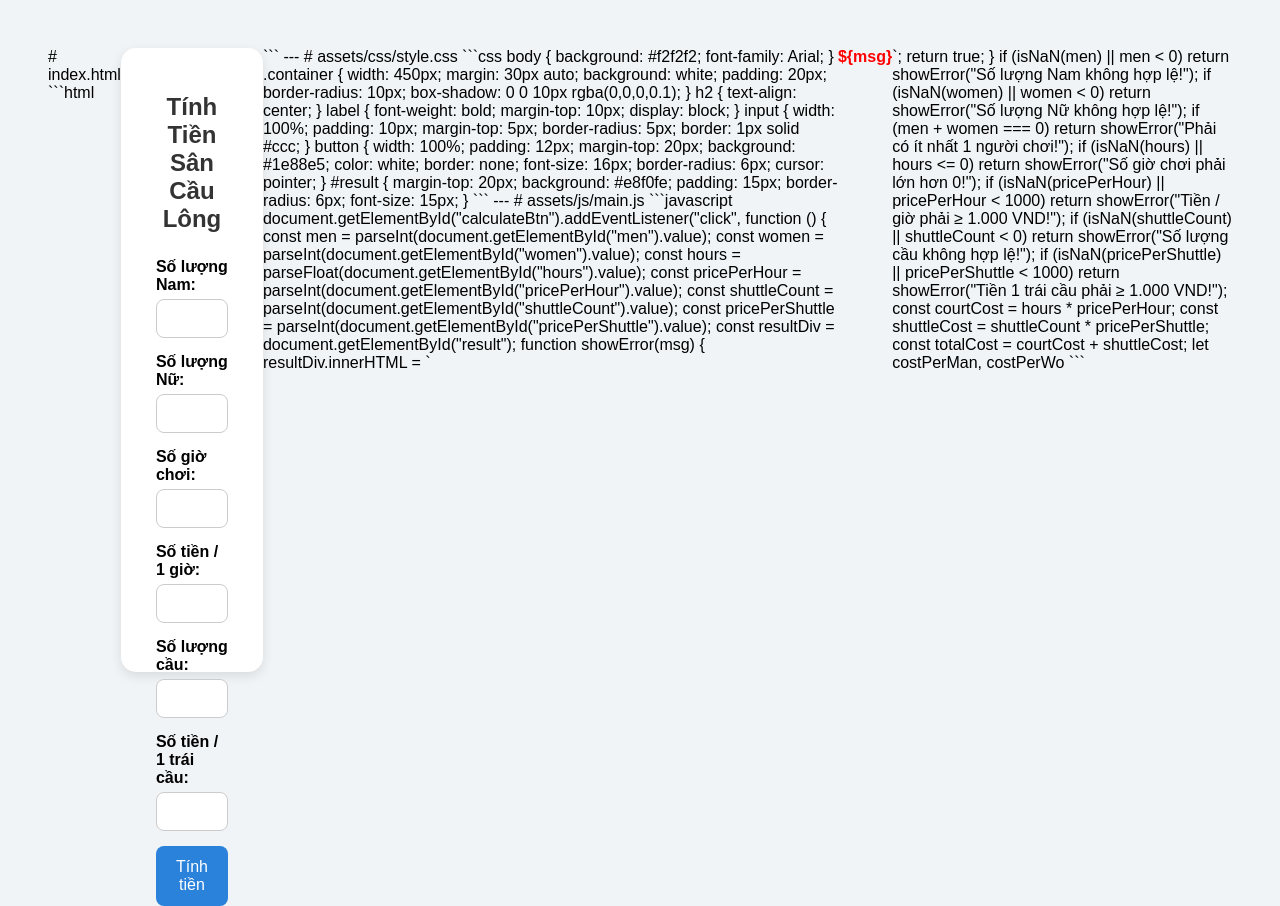
Repository: LuongPTCE181311/Badminton
Page: index.html
An editor plug-in stored every save of this project. The page is shown before and after a run of saves, followed by the edit.
The browser window is 1280 px wide. The pictures show the whole page.

Above is the page before, as saved 2025-12-07 20:32:23.

### index.html
# index.html

```html
<!DOCTYPE html>
<html lang="vi">
<head>
    <meta charset="UTF-8" />
    <meta name="viewport" content="width=device-width, initial-scale=1.0" />
    <title>Tính Tiền Sân Cầu Lông</title>
    <link rel="stylesheet" href="assets/css/style.css" />
</head>
<body>
    <div class="container">
        <h2>Tính Tiền Sân Cầu Lông</h2>

        <label>Số lượng Nam:</label>
        <input type="number" id="men" />

        <label>Số lượng Nữ:</label>
        <input type="number" id="women" />

        <label>Số giờ chơi:</label>
        <input type="number" id="hours" />

        <label>Số tiền / 1 giờ:</label>
        <input type="number" id="pricePerHour" />

        <label>Số lượng cầu:</label>
        <input type="number" id="shuttleCount" />

        <label>Số tiền / 1 trái cầu:</label>
        <input type="number" id="pricePerShuttle" />

        <button id="calculateBtn">Tính tiền</button>

        <div id="result"></div>
    </div>

    <script src="assets/js/main.js"></script>
</body>
</html>
```

---

# assets/css/style.css

```css
body {
    background: #f2f2f2;
    font-family: Arial;
}

.container {
    width: 450px;
    margin: 30px auto;
    background: white;
    padding: 20px;
    border-radius: 10px;
    box-shadow: 0 0 10px rgba(0,0,0,0.1);
}

h2 {
    text-align: center;
}

label {
    font-weight: bold;
    margin-top: 10px;
    display: block;
}

input {
    width: 100%;
    padding: 10px;
    margin-top: 5px;
    border-radius: 5px;
    border: 1px solid #ccc;
}

button {
    width: 100%;
    padding: 12px;
    margin-top: 20px;
    background: #1e88e5;
    color: white;
    border: none;
    font-size: 16px;
    border-radius: 6px;
    cursor: pointer;
}

#result {
    margin-top: 20px;
    background: #e8f0fe;
    padding: 15px;
    border-radius: 6px;
    font-size: 15px;
}
```

---

# assets/js/main.js

```javascript
document.getElementById("calculateBtn").addEventListener("click", function () {
    const men = parseInt(document.getElementById("men").value);
    const women = parseInt(document.getElementById("women").value);
    const hours = parseFloat(document.getElementById("hours").value);
    const pricePerHour = parseInt(document.getElementById("pricePerHour").value);
    const shuttleCount = parseInt(document.getElementById("shuttleCount").value);
    const pricePerShuttle = parseInt(document.getElementById("pricePerShuttle").value);
    const resultDiv = document.getElementById("result");

    function showError(msg) {
        resultDiv.innerHTML = `<div style="color:red; font-weight:bold;">${msg}</div>`;
        return true;
    }

    if (isNaN(men) || men < 0) return showError("Số lượng Nam không hợp lệ!");
    if (isNaN(women) || women < 0) return showError("Số lượng Nữ không hợp lệ!");
    if (men + women === 0) return showError("Phải có ít nhất 1 người chơi!");
    if (isNaN(hours) || hours <= 0) return showError("Số giờ chơi phải lớn hơn 0!");
    if (isNaN(pricePerHour) || pricePerHour < 1000) return showError("Tiền / giờ phải ≥ 1.000 VND!");
    if (isNaN(shuttleCount) || shuttleCount < 0) return showError("Số lượng cầu không hợp lệ!");
    if (isNaN(pricePerShuttle) || pricePerShuttle < 1000) return showError("Tiền 1 trái cầu phải ≥ 1.000 VND!");

    const courtCost = hours * pricePerHour;
    const shuttleCost = shuttleCount * pricePerShuttle;
    const totalCost = courtCost + shuttleCost;

    let costPerMan, costPerWo
```

### assets/css/style.css
body {
  font-family: Arial, sans-serif;
  background: #f0f4f7;
  display: flex;
  justify-content: center;
  padding: 40px;
}
.container {
  background: #ffffff;
  padding: 25px 35px;
  border-radius: 15px;
  max-width: 480px;
  width: 100%;
  box-shadow: 0 4px 12px rgba(0, 0, 0, 0.1);
}
h2 {
  text-align: center;
  margin-bottom: 25px;
  color: #333;
}
label {
  font-weight: bold;
}
input {
  width: 100%;
  padding: 10px;
  margin-top: 5px;
  margin-bottom: 15px;
  border-radius: 8px;
  border: 1px solid #ccc;
  font-size: 15px;
}
button {
  width: 100%;
  padding: 12px;
  background: #2a82da;
  color: #fff;
  border: none;
  border-radius: 8px;
  font-size: 16px;
  cursor: pointer;
}
button:hover {
  background: #1b5fa8;
}
.result-box {
  background: #eef5ff;
  padding: 15px;
  border-radius: 10px;
  margin-top: 20px;
  font-size: 17px;
}

### assets/js/main.js
document.getElementById("calculateBtn").addEventListener("click", function () {
  const men = parseInt(document.getElementById("men").value);
  const women = parseInt(document.getElementById("women").value);
  const hours = parseFloat(document.getElementById("hours").value);
  const pricePerHour = parseInt(document.getElementById("pricePerHour").value);
  const shuttleCount = parseInt(document.getElementById("shuttleCount").value);
  const pricePerShuttle = parseInt(
    document.getElementById("pricePerShuttle").value
  );
  const resultDiv = document.getElementById("result");

  // ----- Validate -----
  if (isNaN(men) || men < 0) return showError("Số lượng Nam không hợp lệ!");
  if (isNaN(women) || women < 0) return showError("Số lượng Nữ không hợp lệ!");
  if (men + women === 0) return showError("Phải có ít nhất 1 người chơi!");
  if (isNaN(hours) || hours <= 0)
    return showError("Số giờ chơi phải lớn hơn 0!");
  if (isNaN(pricePerHour) || pricePerHour < 1000)
    return showError("Tiền / giờ phải ≥ 1.000 VND!");
  if (isNaN(shuttleCount) || shuttleCount < 0)
    return showError("Số lượng cầu không hợp lệ!");
  if (isNaN(pricePerShuttle) || pricePerShuttle < 1000)
    return showError("Tiền 1 trái cầu phải ≥ 1.000 VND!");

  function showError(msg) {
    resultDiv.innerHTML = `<div style="color:red; font-weight:bold;">${msg}</div>`;
    return;
  }

  // ----- Tính tiền -----
  const courtCost = hours * pricePerHour;
  const shuttleCost = shuttleCount * pricePerShuttle;
  const totalCost = courtCost + shuttleCost;

  let costPerMan = 0;
  let costPerWoman = 0;
  let difference = 0;

  // ✔ Trường hợp chỉ có nam hoặc chỉ có nữ → CHIA ĐỀU
  if (men > 0 && women === 0) {
    costPerMan = Math.round(totalCost / men);
    resultDiv.innerHTML = `
            <b>Tổng tiền:</b> ${totalCost.toLocaleString()} VND<br>
            <b>Tiền mỗi Nam:</b> ${costPerMan.toLocaleString()} VND<br>
            <i>Chỉ có nam nên chia đều.</i>
        `;
    return;
  }

  if (women > 0 && men === 0) {
    costPerWoman = Math.round(totalCost / women);
    resultDiv.innerHTML = `
            <b>Tổng tiền:</b> ${totalCost.toLocaleString()} VND<br>
            <b>Tiền mỗi Nữ:</b> ${costPerWoman.toLocaleString()} VND<br>
            <i>Chỉ có nữ nên chia đều.</i>
        `;
    return;
  }

  // ✔ Trường hợp có cả nam và nữ → chia theo tỷ lệ số người
  const totalPeople = men + women;

  costPerMan = Math.floor(totalCost * (men / totalPeople));
  costPerWoman = Math.floor(totalCost * (women / totalPeople));

  // tiền 1 người nam / nữ
  const costPerManPerson = Math.round(costPerMan / men);
  const costPerWomanPerson = Math.round(costPerWoman / women);

  difference = costPerManPerson - costPerWomanPerson;

  // ----- Hiển thị kết quả -----
  resultDiv.innerHTML = `
        <b>Tổng tiền:</b> ${totalCost.toLocaleString()} VND<br><br>

        <b>Tiền mỗi Nam:</b> ${costPerManPerson.toLocaleString()} VND<br>
        <b>Tiền mỗi Nữ:</b> ${costPerWomanPerson.toLocaleString()} VND<br><br>
        <i>Chênh lệch Nam - Nữ = ${difference} (đơn vị tiền)</i>
    `;
});

After the next 2 saves:
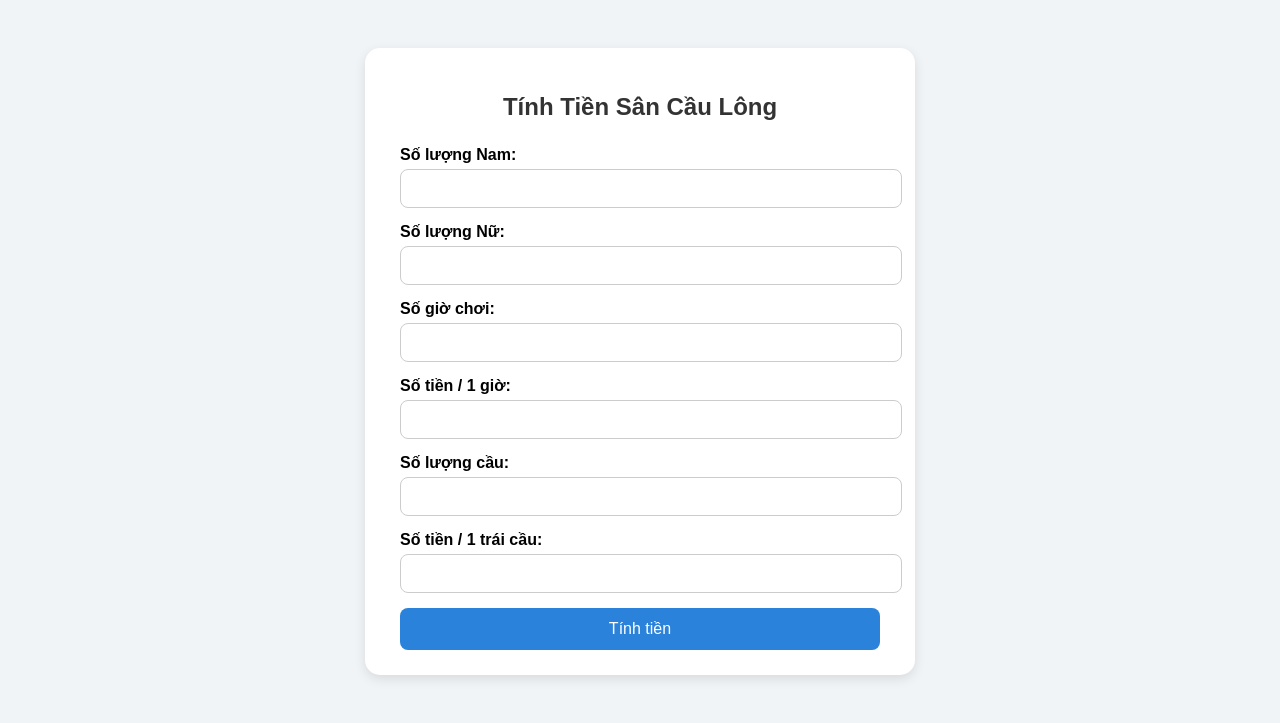
The 2 saves are shown as one change because they came seconds apart.
The last was saved 24 s later.
--- a/index.html
+++ b/index.html
@@ -1,134 +1,50 @@
-# index.html
-
-```html
 <!DOCTYPE html>
 <html lang="vi">
+
 <head>
     <meta charset="UTF-8" />
     <meta name="viewport" content="width=device-width, initial-scale=1.0" />
     <title>Tính Tiền Sân Cầu Lông</title>
     <link rel="stylesheet" href="assets/css/style.css" />
 </head>
+
 <body>
     <div class="container">
         <h2>Tính Tiền Sân Cầu Lông</h2>
 
+
         <label>Số lượng Nam:</label>
         <input type="number" id="men" />
+
 
         <label>Số lượng Nữ:</label>
         <input type="number" id="women" />
 
+
         <label>Số giờ chơi:</label>
         <input type="number" id="hours" />
+
 
         <label>Số tiền / 1 giờ:</label>
         <input type="number" id="pricePerHour" />
 
+
         <label>Số lượng cầu:</label>
         <input type="number" id="shuttleCount" />
+
 
         <label>Số tiền / 1 trái cầu:</label>
         <input type="number" id="pricePerShuttle" />
 
+
         <button id="calculateBtn">Tính tiền</button>
+
 
         <div id="result"></div>
     </div>
 
+
     <script src="assets/js/main.js"></script>
 </body>
+
 </html>
-```
-
----
-
-# assets/css/style.css
-
-```css
-body {
-    background: #f2f2f2;
-    font-family: Arial;
-}
-
-.container {
-    width: 450px;
-    margin: 30px auto;
-    background: white;
-    padding: 20px;
-    border-radius: 10px;
-    box-shadow: 0 0 10px rgba(0,0,0,0.1);
-}
-
-h2 {
-    text-align: center;
-}
-
-label {
-    font-weight: bold;
-    margin-top: 10px;
-    display: block;
-}
-
-input {
-    width: 100%;
-    padding: 10px;
-    margin-top: 5px;
-    border-radius: 5px;
-    border: 1px solid #ccc;
-}
-
-button {
-    width: 100%;
-    padding: 12px;
-    margin-top: 20px;
-    background: #1e88e5;
-    color: white;
-    border: none;
-    font-size: 16px;
-    border-radius: 6px;
-    cursor: pointer;
-}
-
-#result {
-    margin-top: 20px;
-    background: #e8f0fe;
-    padding: 15px;
-    border-radius: 6px;
-    font-size: 15px;
-}
-```
-
----
-
-# assets/js/main.js
-
-```javascript
-document.getElementById("calculateBtn").addEventListener("click", function () {
-    const men = parseInt(document.getElementById("men").value);
-    const women = parseInt(document.getElementById("women").value);
-    const hours = parseFloat(document.getElementById("hours").value);
-    const pricePerHour = parseInt(document.getElementById("pricePerHour").value);
-    const shuttleCount = parseInt(document.getElementById("shuttleCount").value);
-    const pricePerShuttle = parseInt(document.getElementById("pricePerShuttle").value);
-    const resultDiv = document.getElementById("result");
-
-    function showError(msg) {
-        resultDiv.innerHTML = `<div style="color:red; font-weight:bold;">${msg}</div>`;
-        return true;
-    }
-
-    if (isNaN(men) || men < 0) return showError("Số lượng Nam không hợp lệ!");
-    if (isNaN(women) || women < 0) return showError("Số lượng Nữ không hợp lệ!");
-    if (men + women === 0) return showError("Phải có ít nhất 1 người chơi!");
-    if (isNaN(hours) || hours <= 0) return showError("Số giờ chơi phải lớn hơn 0!");
-    if (isNaN(pricePerHour) || pricePerHour < 1000) return showError("Tiền / giờ phải ≥ 1.000 VND!");
-    if (isNaN(shuttleCount) || shuttleCount < 0) return showError("Số lượng cầu không hợp lệ!");
-    if (isNaN(pricePerShuttle) || pricePerShuttle < 1000) return showError("Tiền 1 trái cầu phải ≥ 1.000 VND!");
-
-    const courtCost = hours * pricePerHour;
-    const shuttleCost = shuttleCount * pricePerShuttle;
-    const totalCost = courtCost + shuttleCost;
-
-    let costPerMan, costPerWo
-```
